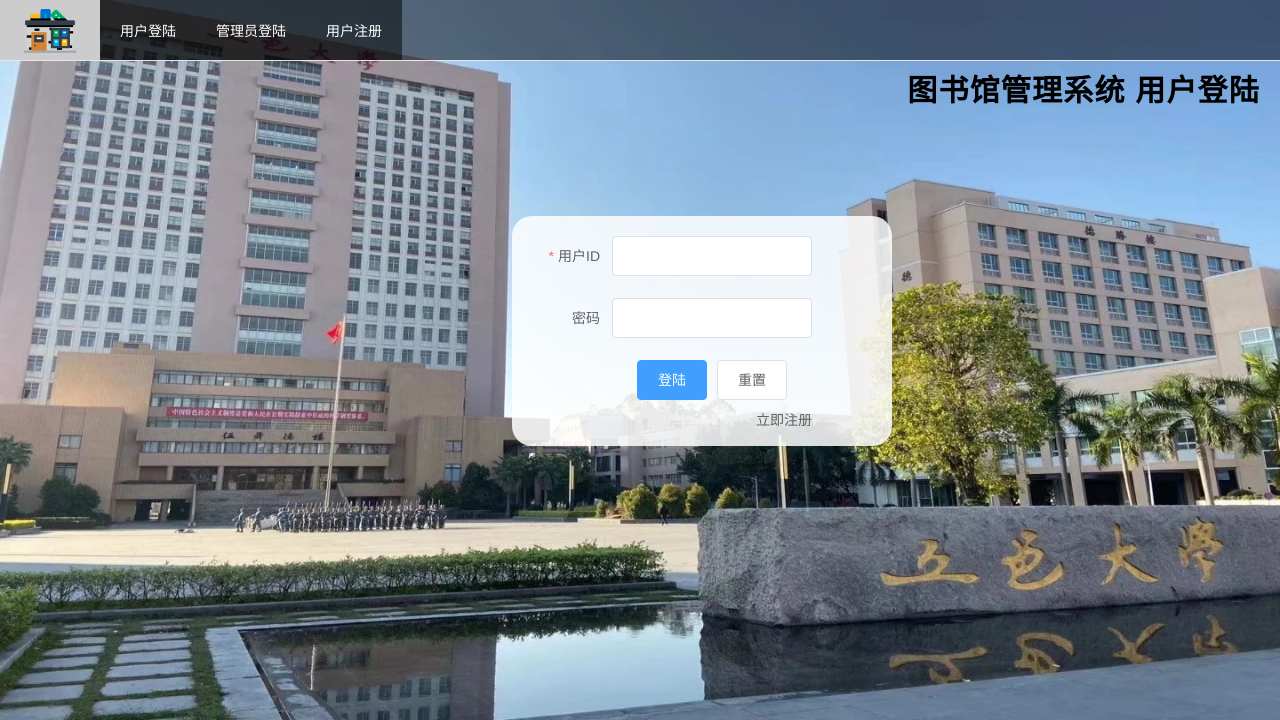
Repository: Akron-xz/helloVue
Page: /#/userLogin (app in vue-library/)
The author's editor kept a copy of each file at every save. The page is drawn from the files as they stood at one save, then again after the next save.
The browser window is 1280 px wide. The pictures show the whole page.
The project was rebuilt for these pictures with package versions that can differ from the ones it lists, and the page was loaded fresh each time. Also part of the build but not shown: vue-library/src/views/Home.vue.

Above is the page before, as saved 2020-11-24 22:40:02.

After the next save:
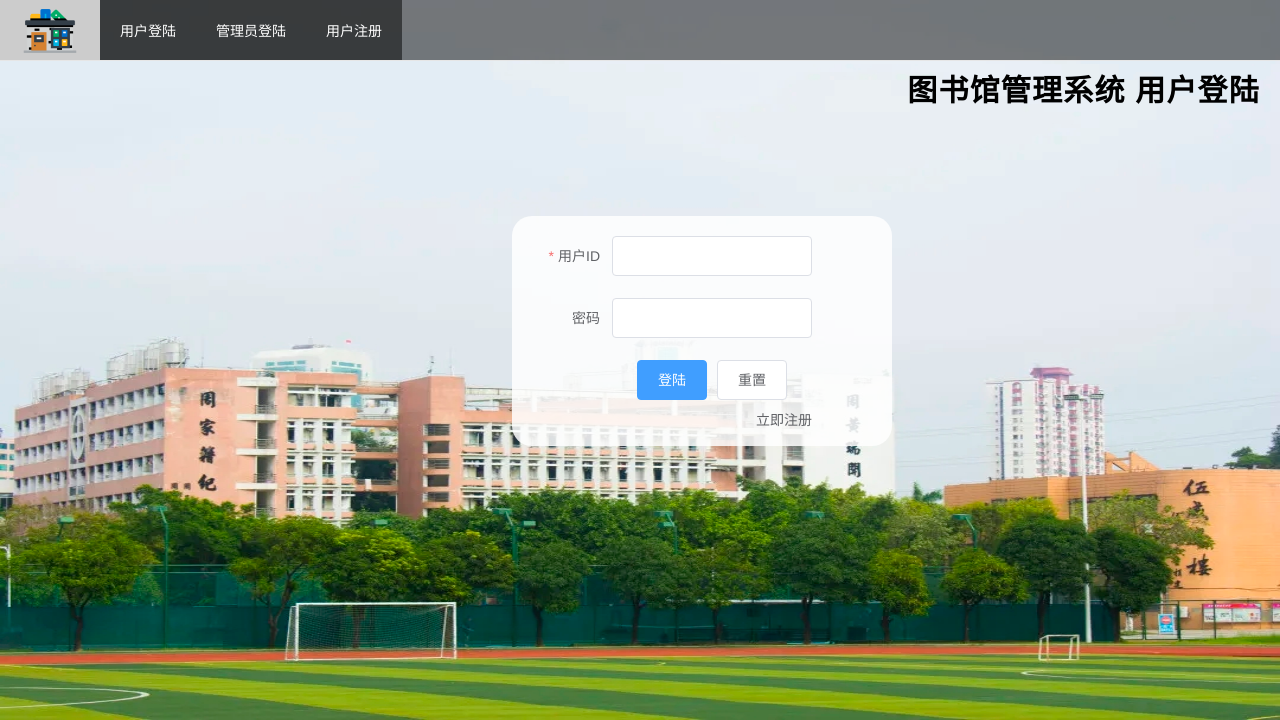
Saved 45 s later.
--- a/vue-library/src/views/UserLogin.vue
+++ b/vue-library/src/views/UserLogin.vue
@@ -148,7 +148,7 @@
     height: 100%;
     background-repeat: no-repeat;
     background-size: 100% 100%;
-    background-image: url(/img/divBg/bg20.jpg);
+    background-image: url(/img/divBg/bg22.jpg);
 }
 .demo-ruleForm{
         position: absolute;

After the save that followed:
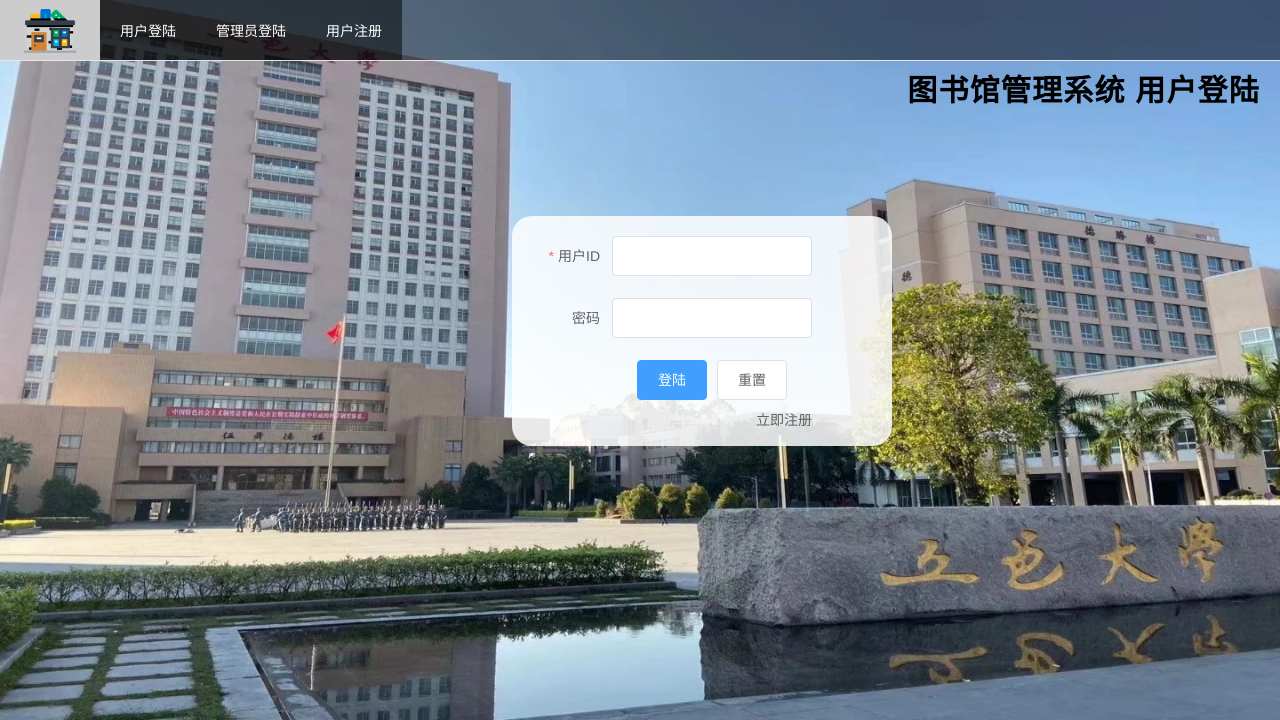
Saved 45 s later.
--- a/vue-library/src/views/UserLogin.vue
+++ b/vue-library/src/views/UserLogin.vue
@@ -148,7 +148,7 @@
     height: 100%;
     background-repeat: no-repeat;
     background-size: 100% 100%;
-    background-image: url(/img/divBg/bg22.jpg);
+    background-image: url(/img/divBg/bg20.jpg);
 }
 .demo-ruleForm{
         position: absolute;
